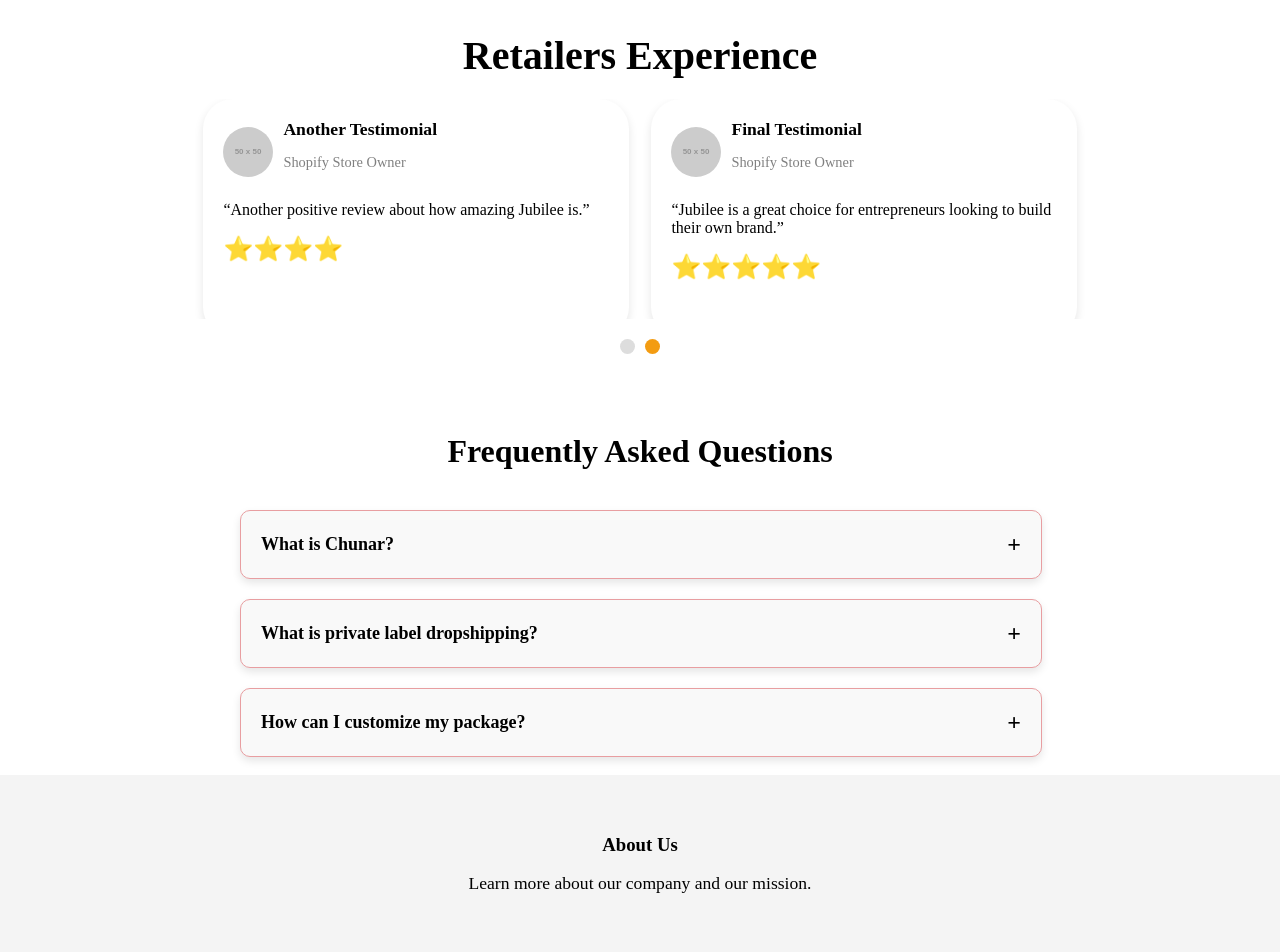
Repository: Nn-Exe/chunar-ecommerce
Page: / (app in ecommerce-frontend/)
The author's editor kept a copy of each file at every save. The page is drawn from the files as they stood at one save, then again after the next save.
The browser window is 1280 px wide. The pictures show the part of the page from y = 1083 to 2035 px (the page is 2035 px tall before and 2016 px after).
The page's requests for data from a server got no answer. The project was rebuilt for these pictures with package versions that can differ from the ones it lists, and the page was loaded fresh each time. No one was signed in, and anything a server would have sent is missing. Also part of the build but not shown: ecommerce-frontend/src/components/SocialMedia.js.

Above is the page before, as saved 2024-09-12 13:08:13.

### ecommerce-frontend/src/App.js
import React, { useState, useEffect } from 'react';
import './App.css';
import { BrowserRouter as Router, Route, Routes } from 'react-router-dom';  // Importing React Router
import Navbar from './components/Navbar';  // Correct way to import default export
import HeroSection from './components/HeroSection';  // Correct way to import default export
import ProductList from './components/ProductList';  // Correct way to import default export
import Faq from './components/Faq';  // Import the Faq component from the components folder
import TestimonialCarousel from './components/TestimonialCarousel';
import SocialMedia from './components/SocialMedia';
import VideoGrid from './components/VideoGrid';


// Home page component (the default view)
function Home({ products }) {
  return (
    <div className="home-page">
      {/* Hero Section */}
      <div className="hero-container">
        <HeroSection />
      </div>

      {/* Featured Products Section */}
      <section className="products-section">
        <div className="section-header">
          <h2>Featured Products</h2>
        </div>

        <div className="product-grid">
          <ProductList products={products} />
        </div>
      </section>

      <br />

      {/* FAQ Section */}

      <VideoGrid/>
      <TestimonialCarousel />
      <Faq />  {/* Using the imported Faq component */}

      {/* Add more sections here */}

      <br />

      <section className="about-section">
        <div className="about-content">
          <h3>About Us</h3>
          <p>Learn more about our company and our mission.</p>
        </div>
      </section>
    </div>
  );
}

<SocialMedia />

function Contacts() {
  return <h2>Contacts Page</h2>;
}

// function SocialMedia() {
//   // External link can be opened using an anchor tag, so no need for a separate page.
//   window.location.href = "https://linktr.ee/chunar.co";  // Redirect to external social media page
//   return null;
// }

function App() {
  const [products, setProducts] = useState([]);

  useEffect(() => {
    fetch('http://localhost:5000/api/products')
      .then((response) => response.json())
      .then((data) => setProducts(data))
      .catch((error) => console.error('Error fetching products:', error));
  }, []);

  return (
    <Router>
      <div className="App">
        <header className="App-header">
          <h1>Chunar.Co</h1>
          <Navbar />
        </header>

        <Routes>
          {/* Home page route */}
          <Route path="/" element={<Home products={products} />} />

          {/* Other pages */}
          <Route path="/SocialMedia" element={<SocialMedia />} />
          <Route path="/contacts" element={<Contacts />} />

          {/* Redirect to external social media link
          <Route path="/social-media" element={<SocialMedia />} /> */}
        </Routes>
      </div>
    </Router>
  );
}

export default App;

### ecommerce-frontend/src/App.css
/* Global for entire app */

* {
  font-family: 'Times New Roman', Times, serif;
}

/* .border-pink-pastel {
  --border: #f9a8d4;
} */


/* ------------- Main Structure ------------ */

.App-header {
  background-color: white;
  color: black;
  padding: 20px;
  text-align: center;
}

nav ul {
  list-style-type: none;
  padding: 0;
  margin: 0;
  display: flex;
  justify-content: center;
  gap: 20px;
}

nav ul li a {
  color: black;
  text-decoration: none;
  font-size: 16px;
}

.hero {
  position: relative;
  text-align: center;
}

.hero-banner {
  width: 100%;
  height: 700px;
  object-fit: cover;
}

.hero-text {
  position: absolute;
  top: 50%;
  left: 50%;
  transform: translate(-50%, -50%);
  color: white;
  font-size: 24px;
  font-weight: bold;
}

.products {
  padding: 40px;
  text-align: center;
}

.product-list {
  display: grid;
  grid-template-columns: repeat(5, 1fr);
  gap: 20px;
}

.product-card {
  border: 1px solid #ddd;
  padding: 20px;
  text-align: center;
  transition: transform 0.3s;
  border-radius: 20px;
  border-color: #e89ea1;
}

.product-card img {
  max-width: 100%;
  height: auto;
  margin-bottom: 10px;
}

.product-card:hover {
  transform: scale(1.05);
}


.product-card img {
  width: 200px;
  height: 200px;
  object-fit: cover;   /* Ensures the image covers the given area */
  border-radius: 10px; /* Optional: adds rounded corners */
}



/* ----------- Home Div -------------- */

/* App.css */

.home-page {
  display: flex;
  flex-direction: column;
  align-items: center;
}

/* Hero Section */
.hero-container {
  width: 100%;
  margin-bottom: 20px;
}

/* Products Section */
.products-section {
  width: 80%;
  margin: 0 auto;
}

.section-header h2 {
  text-align: center;
  font-size: 2rem;
  margin-bottom: 20px;
}

/* About Section */
.about-section {
  background-color: #f4f4f4;
  padding: 40px;
  width: -webkit-fill-available;
  text-align: center;
}

.about-section h3 {
  margin-bottom: 10px;
}

.about-section p {
  font-size: 1.1rem;
}


/* ----------- FAQ Section ---------------- */


/* Center the FAQ section */
.faq-section {
  max-width: 800px; /* Set a larger max-width for the entire FAQ section */
  width: 100%;      /* Ensure it takes up 100% of the available width */
  margin: 0 auto;   /* Center the FAQ section on the page */
  text-align: center;
}

/* Style the header separately */
.faq-section h2 {
  font-size: 32px;
  margin-bottom: 40px;
}

/* Grid layout for the FAQ items (excluding the header) */
.faq-items {
  display: grid;
  grid-template-columns: 1fr; /* One column layout */
  gap: 20px; /* Space between the FAQ items */
}

/* Style each FAQ item */
.faq-item {
  border: 1px solid #ddd;
  border-radius: 10px;
  width: 100%; /* Make the FAQ item take up 100% of the container */
  background-color: #f9f9f9;
  box-shadow: 0 4px 8px rgba(0, 0, 0, 0.1);
  transition: transform 0.5s ease-in-out, background-color 330ms ease-in-out, box-shadow 330ms ease-in-out;
  overflow: hidden; /* Ensure content is hidden initially */
  border-color: #e89ea1;
}

/* Box hover effect */
.faq-item:hover {
  box-shadow: 0 6px 12px rgba(0, 0, 0, 0.1);
  background-color: #f1f1f1;
}

/* Active FAQ item */
.faq-item.active {
  background-color: #ececec;
}

/* Style the FAQ question (clickable area) */
.faq-question {
  padding: 20px;
  cursor: pointer;
  display: flex;
  justify-content: space-between;
  align-items: center;
  font-weight: bold;
  font-size: 18px;
  width: 100%; /* Full width for the question area */
  box-sizing: border-box;
}

/* Style the FAQ answer */
.faq-answer {
  padding: 0 20px;
  overflow: hidden;
  max-height: 0;
  opacity: 0;
  transition: max-height 0.5s ease, opacity 0.5s ease;
  width: 100%; /* Full width for the answer area */
  box-sizing: border-box;
}

/* When the FAQ item is active, show the answer with a smooth transition */
.faq-item.active .faq-answer {
  max-height: 500px;
  opacity: 1;
  padding-bottom: 20px;
}

/* Style the icon for toggling */
.icon {
  font-size: 24px;
  font-weight: bold;
  transition: transform 0.3s ease;
}

.faq-item.active .icon {
  transform: rotate(45deg);
}

/* -----------  TestimonialCarousel ------------- */


/* Style for the testimonial section */
.testimonial-section {
  text-align: center;
  /* max-width: 800px; */
  margin: 0 auto;
  padding: 50px 0;
  padding-bottom: 3rem;
  padding-top: 3rem;
  width: 70%
}

.testimonial-section h2 {
  font-size: 2.5rem;
  margin-bottom: 20px;
}

/* Carousel container */
.carousel {
  display: flex;
  overflow: hidden;
  max-width: 100%; /* Ensure full width */
  margin: 0 auto;
}

.carousel-inner {
  display: flex;
  transition: transform 0.5s ease-in-out;
  width: calc(200% * 2); /* Width for two testimonials per slide */
}

/* Each card wrapper for two cards per slide */
.testimonial-card-wrapper {
  display: flex;
  flex: 0 0 50%; /* Each card takes 50% of the slide width */
  box-sizing: border-box;
  padding: 0 10px;
}

/* Testimonial card styling */
.testimonial-card {
  background-color: #fff;
  padding: 20px;
  border-radius: 30px;
  box-shadow: 0 4px 10px rgba(0, 0, 0, 0.1);
  text-align: left;
  margin: 0 auto;
  width: 90%;
  height: 90%;
  position: center;
  border-color: #e89ea1;
}

.profile {
  display: flex;
  align-items: center;
}

.profile img {
  border-radius: 50%;
  margin-right: 10px;
}

.profile-details h4 {
  font-size: 1.1rem;
  margin: 0;
}

.profile-details p {
  font-size: 0.9rem;
  color: gray;
}

.stars {
  font-size: 1.5rem;
  color: #f39c12;
  margin-top: 10px;
}

/* Navigation dots */
.dots {
  margin-top: 20px;
}

.dot {
  height: 15px;
  width: 15px;
  margin: 0 5px;
  background-color: #ddd;
  border-radius: 50%;
  display: inline-block;
  cursor: pointer;
}

.active {
  background-color: #f39c12;
}


/* --------------- VideoGrid -------------------- */

.grid-container {
  display: grid;
  grid-template-columns: 2fr 1fr;
  gap: 20px;
  max-width: 1200px;
  margin: 0 auto;
}

.large-item {
  position: relative;
  /* Aspect ratio for large video: 9:16 */
  padding-bottom: calc(16 / 9 * 100%); /* Maintain aspect ratio */
}

.small-items {
  display: flex;
  flex-direction: column;
  gap: 20px;
}

.small-item {
  position: relative;
  /* Aspect ratio for small videos: 3:4 */
  padding-bottom: calc(4 / 3 * 100%); /* Maintain aspect ratio */
}

.grid-video {
  position: absolute;
  top: 0;
  left: 0;
  width: 100%;
  height: 100%;
  border-radius: 10px;
  box-shadow: 0 4px 8px rgba(0, 0, 0, 0.1);
}

/* .dot {
  position: absolute;
  width: 20px;
  height: 20px;
  background-color: white;
  border-radius: 50%;
  border: 2px solid black;
  cursor: pointer;
} */

/* Responsive Design */
@media (max-width: 768px) {
  .grid-container {
    grid-template-columns: 1fr;
  }
}

### ecommerce-frontend/src/components/Navbar.js
import React from 'react';
import { Link } from 'react-router-dom';

function Navbar() {
  return (
    <nav>
      <ul>
        <li><Link to="/">Home</Link></li>  {/* Links to the home page */}
        <li><Link to="/SocialMedia">Social Media</Link></li>  {/* Links to the live page */}
        {/* <li><a href="https://linktr.ee/chunar.co" target="_blank" rel="noopener noreferrer">Social Media</a></li> Opens external link in new tab */}
        <li><Link to="/contacts">Contacts</Link></li>  {/* Links to the contacts page */}
      </ul>
    </nav>
  );
}

export default Navbar;

### ecommerce-frontend/src/components/HeroSection.js
import React from 'react';

function HeroSection() {
  return (
    <section className="hero">
      <img src="https://raw.githubusercontent.com/Nn-Exe/chunar-images/master/banner/chunar%20banner.png" alt="Banner" className="hero-banner" />
      <div className="hero-text">
        {/* <h2>Three things cannot be long hidden: The Sun, The Moon, and The Truth.</h2> */}
      </div>
    </section>
  );
}

export default HeroSection;  // Ensure you have this line

### ecommerce-frontend/src/components/ProductList.js
import React from 'react';

function ProductList({ products }) {
  return (
    <div className="product-list">
      {products.length === 0 ? (
        <p>Loading products...</p>
      ) : (
        products.map((product) => (
          <div key={product.id} className="product-card">
              <img
                src={product.image}
                alt={product.name}
                className="product-image"
              />
            <h3>{product.name}</h3>
            <p>{product.description}</p>
            <p>{product.price} ฿</p>
          </div>
        ))
      )}
    </div>
  );
}

export default ProductList;

### ecommerce-frontend/src/components/Faq.js
import React, { useState } from 'react';

const Faq = () => {
  const [activeIndex, setActiveIndex] = useState(null);

  const toggleFaq = (index) => {
    setActiveIndex(activeIndex === index ? null : index);
  };

  return (
    <div className="faq-section">
      <h2>Frequently Asked Questions</h2>

      <div className="faq-items"> {/* Grid layout for the items */}
        <div className={`faq-item ${activeIndex === 0 ? 'active' : ''}`}>
          <div className="faq-question" onClick={() => toggleFaq(0)}>
            <span>What is Chunar?</span>
            <span className="icon">{activeIndex === 0 ? '-' : '+'}</span>
          </div>
          {activeIndex === 0 && (
            <div className="faq-answer">
              <p>Chunar is a dropshipping marketplace that lets you build your own cosmetic and skincare line with minimal upfront costs...</p>
            </div>
          )}
        </div>

        <div className={`faq-item ${activeIndex === 1 ? 'active' : ''}`}>
          <div className="faq-question" onClick={() => toggleFaq(1)}>
            <span>What is private label dropshipping?</span>
            <span className="icon">{activeIndex === 1 ? '-' : '+'}</span>
          </div>
          {activeIndex === 1 && (
            <div className="faq-answer">
              <p>Private label dropshipping allows you to sell products from suppliers with your own branding...</p>
            </div>
          )}
        </div>

        <div className={`faq-item ${activeIndex === 2 ? 'active' : ''}`}>
          <div className="faq-question" onClick={() => toggleFaq(2)}>
            <span>How can I customize my package?</span>
            <span className="icon">{activeIndex === 2 ? '-' : '+'}</span>
          </div>
          {activeIndex === 2 && (
            <div className="faq-answer">
              <p>Private labeling is a great way to showcase your brand...</p>
            </div>
          )}
        </div>
      </div>
    </div>
  );
};

export default Faq;

### ecommerce-frontend/src/components/TestimonialCarousel.js
import React, { useState, useEffect } from 'react';


const TestimonialCarousel = () => {
  const [currentSlide, setCurrentSlide] = useState(0);

  const testimonials = [
    {
      name: 'Supisara Permsuk',
      title: 'Chunar.Co Store Owner',
      text: '“I can’t say enough good things about Chunar. Our dropshipping model is efficient, and the product quality is excellent...”',
      stars: 5,
    },
    {
      name: 'Supapis Permsuk',
      title: 'Chunar.Co Store Owner',
      text: '“Starting my own beauty brand seemed daunting, but Jubilee made it incredibly easy. The customization options are fantastic...”',
      stars: 5,
    },
    {
      name: 'Another Testimonial',
      title: 'Shopify Store Owner',
      text: '“Another positive review about how amazing Jubilee is.”',
      stars: 4,
    },
    {
      name: 'Final Testimonial',
      title: 'Shopify Store Owner',
      text: '“Jubilee is a great choice for entrepreneurs looking to build their own brand.”',
      stars: 5,
    }
  ];

  // Calculate the number of slides needed (two testimonials per slide)
  const totalSlides = Math.ceil(testimonials.length / 2);

  // Auto-slide functionality
  useEffect(() => {
    const interval = setInterval(() => {
      setCurrentSlide((prevSlide) => (prevSlide + 1) % totalSlides);
    }, 4000); // Slide every 4 seconds
    return () => clearInterval(interval); // Cleanup interval on component unmount
  }, [totalSlides]);

  // Function to move the slides manually
  const moveSlide = (index) => {
    setCurrentSlide(index);
  };

  return (
    <div className="testimonial-section">
      <h2>Retailers Experience</h2>
      <div className="carousel">
        <div
          className="carousel-inner"
          style={{
            transform: `translateX(-${currentSlide * 100}%)`, // Move by 100% per slide
          }}
        >
          {testimonials.map((testimonial, index) => (
            <div className="testimonial-card-wrapper" key={index}>
              <div className="testimonial-card">
                <div className="profile">
                  <img
                    src="https://via.placeholder.com/50"
                    alt="Profile"
                  />
                  <div className="profile-details">
                    <h4>{testimonial.name}</h4>
                    <p>{testimonial.title}</p>
                  </div>
                </div>
                <p>{testimonial.text}</p>
                <div className="stars">
                  {'⭐'.repeat(testimonial.stars)}
                </div>
              </div>
            </div>
          ))}
        </div>
      </div>

      {/* Dots for navigation */}
      <div className="dots">
        {[...Array(totalSlides)].map((_, index) => (
          <span
            key={index}
            className={`dot ${index === currentSlide ? 'active' : ''}`}
            onClick={() => moveSlide(index)}
          ></span>
        ))}
      </div>
    </div>
  );
};

export default TestimonialCarousel;

### ecommerce-frontend/src/components/VideoGrid.js
import React from 'react';

const VideoGrid = () => {
  return (
    <div className="grid-container">
      {/* Large video on the left */}
      <div className="large-item">
        <video className="grid-video" controls>
          <source src="large-video.mp4" type="video/mp4" />
          Your browser does not support the video tag.
        </video>
        {/* Dots */}
        {/* <div className="dot" style={{ top: '50%', left: '40%' }}></div>
        <div className="dot" style={{ top: '70%', left: '60%' }}></div>
        <div className="dot" style={{ top: '90%', left: '20%' }}></div> */}
      </div>

      {/* Two smaller videos on the right */}
      <div className="small-items">
        <div className="small-item">
          <video className="grid-video" controls>
            <source src="small-video1.mp4" type="video/mp4" />
            Your browser does not support the video tag.
          </video>
          {/* Dots */}
          {/* <div className="dot" style={{ top: '40%', left: '30%' }}></div>
          <div className="dot" style={{ top: '60%', left: '60%' }}></div> */}
        </div>

        <div className="small-item">
          <video className="grid-video" controls>
            <source src="small-video2.mp4" type="video/mp4" />
            Your browser does not support the video tag.
          </video>
          {/* Dots */}
          {/* <div className="dot" style={{ top: '50%', left: '40%' }}></div>
          <div className="dot" style={{ top: '70%', left: '60%' }}></div> */}
        </div>
      </div>
    </div>
  );
};

export default VideoGrid;

Loaded but not shown: ecommerce-frontend/public/index.html (common file); ecommerce-frontend/src/index.js (common file); ecommerce-frontend/src/index.css (common file); ecommerce-frontend/src/reportWebVitals.js (common file)

After the next save:
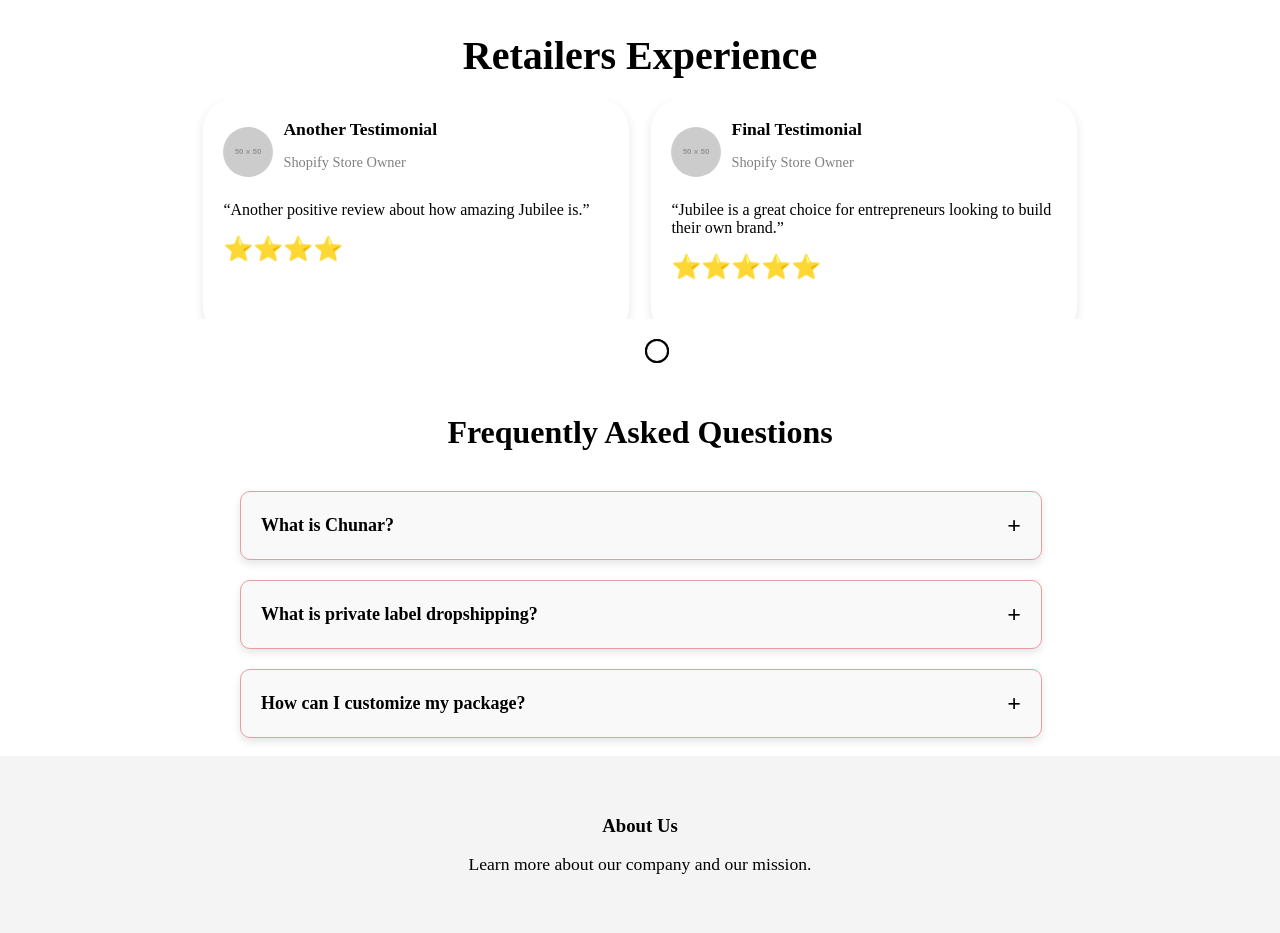
Saved 29 s later.
--- a/ecommerce-frontend/src/App.css
+++ b/ecommerce-frontend/src/App.css
@@ -367,7 +367,7 @@ nav ul li a {
   box-shadow: 0 4px 8px rgba(0, 0, 0, 0.1);
 }
 
-/* .dot {
+.dot {
   position: absolute;
   width: 20px;
   height: 20px;
@@ -375,7 +375,7 @@ nav ul li a {
   border-radius: 50%;
   border: 2px solid black;
   cursor: pointer;
-} */
+}
 
 /* Responsive Design */
 @media (max-width: 768px) {
